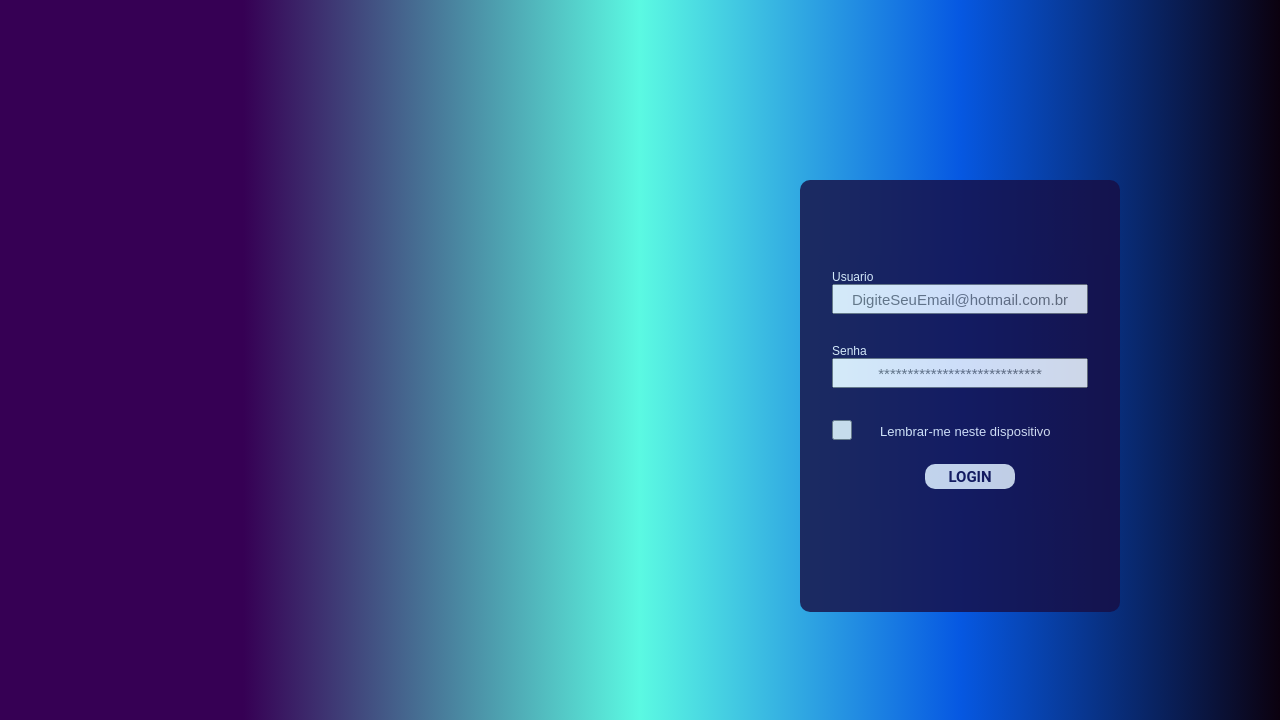
Repository: KevynMarques/Estudos-Reactjs-Firebase
Page: /
These files come from the project's save history. The page is drawn as it stood at one moment and after the next save; the edit follows.
The browser window is 1280 px wide. The pictures show the whole page.
The page's requests for data from a server got no answer. The project was rebuilt for these pictures with package versions that can differ from the ones it lists, and the page was loaded fresh each time. No one was signed in, and anything a server would have sent is missing. Also part of the build but not shown: src/Pages/Page2.jsx.

Above is the page before, as saved 2022-08-23 14:46:57.

### public/index.html
<!DOCTYPE html>
<html lang="pt-BR">
  <head>
    <meta charset="utf-8" />
    <link rel="icon" href="%PUBLIC_URL%/favicon.ico" />
    <meta name="viewport" content="width=device-width, initial-scale=1" />
    <meta name="theme-color" content="#000000" />
    <meta
      name="description"
      content="Web site created using create-react-app"
    />
    <link rel="apple-touch-icon" href="%PUBLIC_URL%/logo192.png" />
    <!--
      manifest.json provides metadata used when your web app is installed on a
      user's mobile device or desktop. See https://developers.google.com/web/fundamentals/web-app-manifest/
    -->
    <link rel="manifest" href="%PUBLIC_URL%/manifest.json" />
    <!--
      Notice the use of %PUBLIC_URL% in the tags above.
      It will be replaced with the URL of the `public` folder during the build.
      Only files inside the `public` folder can be referenced from the HTML.

      Unlike "/favicon.ico" or "favicon.ico", "%PUBLIC_URL%/favicon.ico" will
      work correctly both with client-side routing and a non-root public URL.
      Learn how to configure a non-root public URL by running `npm run build`.
    -->
    <title>Squad</title>
  </head>
  <body>
    <noscript>You need to enable JavaScript to run this app.</noscript>
    <div id="root"></div>
    <!--
      This HTML file is a template.
      If you open it directly in the browser, you will see an empty page.

      You can add webfonts, meta tags, or analytics to this file.
      The build step will place the bundled scripts into the <body> tag.

      To begin the development, run `npm start` or `yarn start`.
      To create a production bundle, use `npm run build` or `yarn build`.
    -->
  </body>
</html>

### src/App.jsx
import React from "react";
import Router from "./Routers/router";
import { GlobalStyle } from "./GlobalStyle";



function App() {
  return (
    <>
    <GlobalStyle/>
      <Router/>
    </>
  );
}

export default App;

### src/Routers/router.jsx
import { BrowserRouter, Routes, Route } from "react-router-dom";
import { Page1 } from "../Pages/Page1";
import { Page2 } from "../Pages/Page2";



export default () => {
  return (
    <>
    <BrowserRouter >
    <Routes >
      <Route path="/" element={<Page1 />} />
      <Route path="/Page2" element={<Page2 />} />
    </Routes>
    </BrowserRouter>
    </>
  );
}

### src/GlobalStyle.jsx

import { createGlobalStyle } from 'styled-components';

export const GlobalStyle = createGlobalStyle`
 * {
   margin: 0;
   padding: 0;
   box-sizing: border-box;
 }
`;

### src/Pages/Page1.jsx
import React from "react";
import { Login } from "../Components/Login/index";


export const Page1 = ()=>{
   return(
    <Login />
   );
}

### src/Components/Login/index.jsx
import React from "react";
import { authConfig } from "../../Auth/config";
import { BoxHome, BoxLogin, ButtomLogin, InputDeLogin, Remember, TextLogin, TextRemember} from "./style";






export const Login =()=>{
  return (
    <BoxHome>
    <BoxLogin>
       <TextLogin><p>Usuario</p></TextLogin>
       <InputDeLogin type="email" id="email" name="email" placeholder="DigiteSeuEmail@hotmail.com.br" />
       <TextLogin><p>Senha</p></TextLogin>
       <InputDeLogin type="text" id="password" name="password"  placeholder="****************************"/>
      <Remember />
      <TextRemember><p>Lembrar-me neste dispositivo</p></TextRemember>
     <ButtomLogin>
      <p>LOGIN</p>
     </ButtomLogin>
    </BoxLogin>
    </BoxHome>
  )
}

### src/Auth/config.jsx
import * as firebase from 'firebase/app';
import 'firebase/auth';

export const authConfig = firebase.initializeApp({
  apiKey: process.env.REACT_APP_FIREBASE_KEY,
  authDomain: process.env.REACT_APP_FIREBASE_DOMAIN,
  projectId: process.env.REACT_APP_FIREBASE_PROJECT_ID,
  storageBucket: process.env.REACT_APP_FIREBASE_STORAGE_BUCKET,
  messagingSenderId:process.env.REACT_APP_FIREBASE_SENDER_ID,
});

### src/Components/Login/style.jsx
import styled from "styled-components";

export const BoxHome = styled.div`
display: flex;
align-items: center;
justify-content: center;
background: rgb(54,0,84);
background: linear-gradient(90deg, rgba(54,0,84,1) 19%, rgba(91,249,226,1) 50%, rgba(6,88,226,1) 75%, rgba(11,1,15,1) 100%);
height: 100vh;
`;

export const BoxLogin = styled.div`
  width: 25vw;
  height: 60vh;
  background-color: #170d43;
  opacity: 0.8;
  border-radius: 10px;
  margin-top: 10vh;
  margin-left: 50vw;
  display: flex;
  flex-direction: column;
  padding-top: 60px;
`;

export const InputDeLogin = styled.input`
width: 80%;
margin-left: 10%;
height: 30px;
text-align: center;
font-size: 15px;

`;

export const TextLogin = styled.label`
 color: white;
 font-family: Arial, Helvetica, sans-serif;
 font-size: 12px;
 margin-left: 10%;
 margin-top: 30px;
`;


export const Remember = styled.button`
 width: 20px;
 height: 20px;
 margin-left: 10%;
 margin-top: 10%;
 cursor: pointer;
`;

export const TextRemember = styled.label`
  color: white;
  font-family: Arial, Helvetica, sans-serif;
  font-size: 13px;
  margin-left: 25%;
  margin-top: -5%;
`;


export const ButtomLogin = styled.button`
@import url('https://fonts.googleapis.com/css2?family=Macondo&family=Roboto:wght@500&display=swap');
 width: 90px;
 height: 25px;
 border: none;
 border-radius: 10px;
 font-weight: bold;
 font-family: 'Roboto', sans-serif;
 font-size: 15px;
 color:#170d43;
 margin-left: 125px;
 margin-top: 25px;
`;

Loaded but not shown: src/index.js (common file)

After the next save:
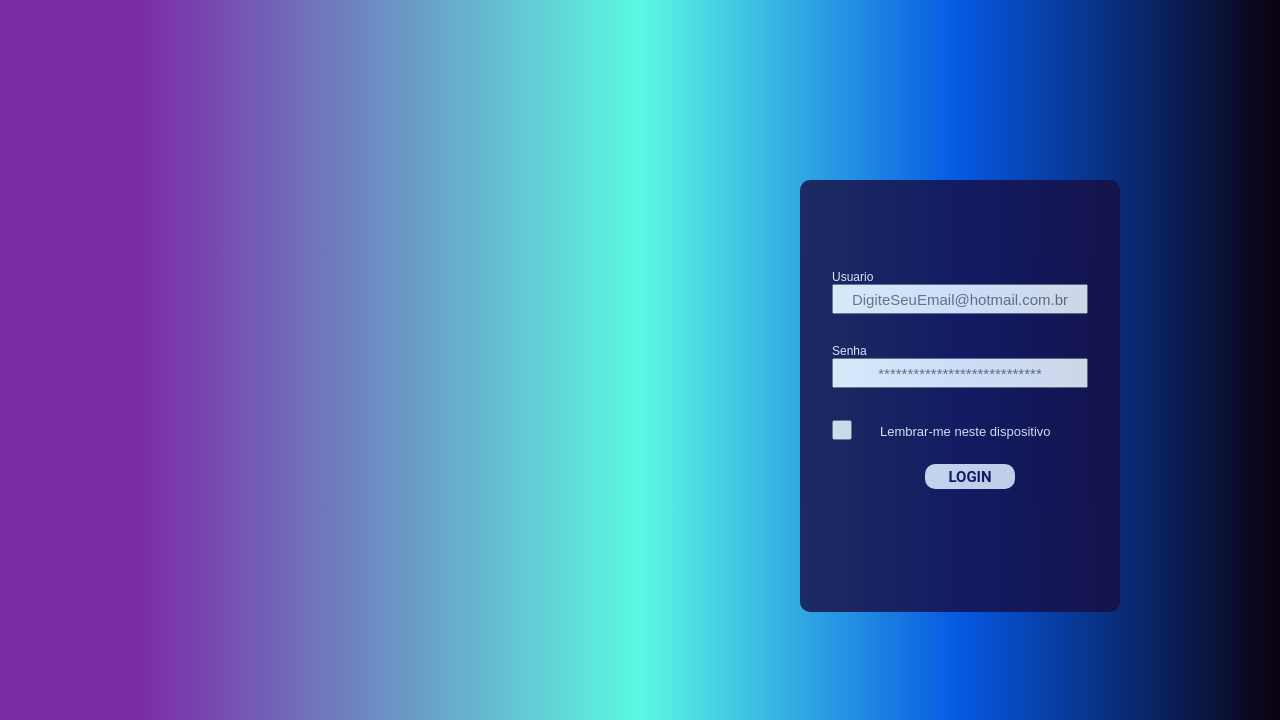
Saved 28 s later.
--- a/src/Components/Login/style.jsx
+++ b/src/Components/Login/style.jsx
@@ -4,8 +4,8 @@ export const BoxHome = styled.div`
 display: flex;
 align-items: center;
 justify-content: center;
-background: rgb(54,0,84);
-background: linear-gradient(90deg, rgba(54,0,84,1) 19%, rgba(91,249,226,1) 50%, rgba(6,88,226,1) 75%, rgba(11,1,15,1) 100%);
+background: rgb(116,32,162);
+background: linear-gradient(90deg, rgba(116,32,162,0.9444152661064426) 11%, rgba(91,249,226,1) 50%, rgba(6,88,226,1) 75%, rgba(11,1,15,1) 100%);
 height: 100vh;
 `;
 
